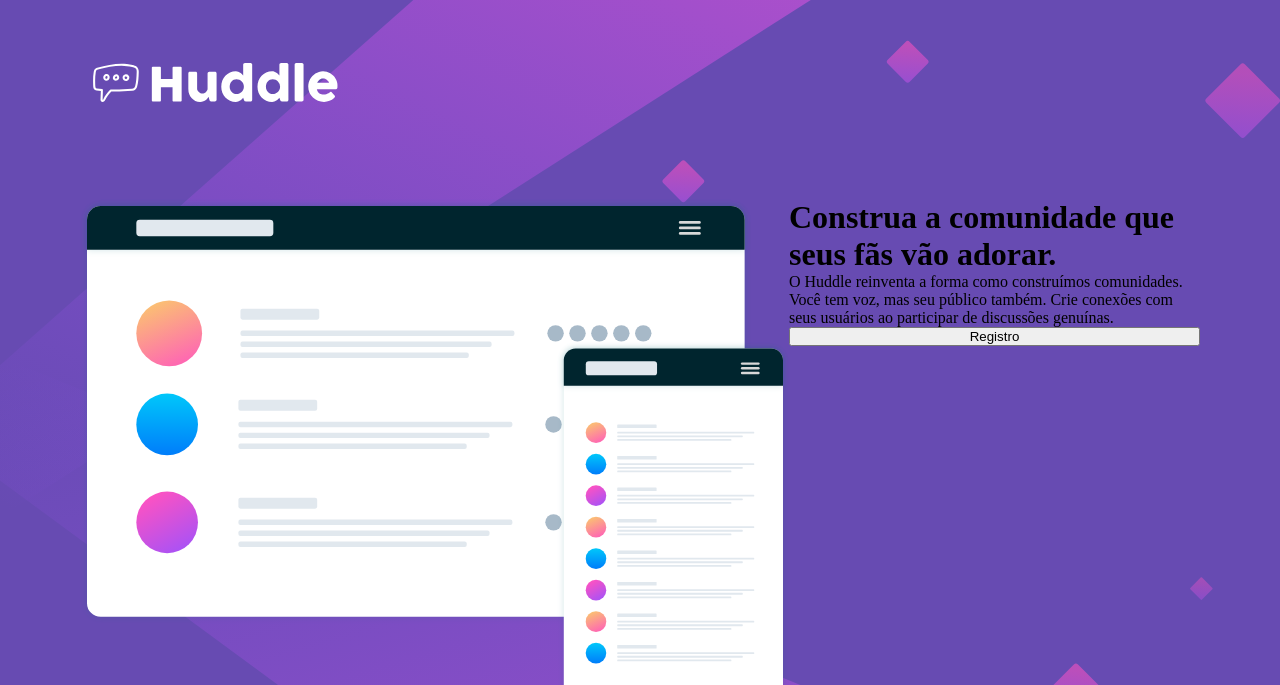
Repository: caique2512/Huddle
Page: index.html
An editor plug-in stored every save of this project. The page is shown before and after the next save, followed by the edit.
The browser window is 1280 px wide. The pictures show the part of the page from y = 0 to 685 px (the page is 1363 px tall).
A picture or video elsewhere on the page could not be fetched, so the positions and the page height are approximate.

Above is the page before, as saved 2026-02-27 17:55:04.

### index.html
<!DOCTYPE html>
<html lang="pt-br">
<head>
    <meta charset="UTF-8">
    <meta name="viewport" content="width=device-width, initial-scale=1.0">
    <title>Huddle</title>
    <link rel="stylesheet" href="src/reset.css">
    <link rel="stylesheet" href="src/estilos.css">
</head>
<body>
    <header>
        <img class="logo" src="images/logo.svg" alt="Logo Huddle">
    </header>
    <main class="conteudo">
        <img src="./images/illustration-mockups.svg" alt="Illustracion">
        <div class="conteudo-principal">
            <h1 class="titulo">Construa a comunidade que seus fãs vão adorar.</h1>
            <p class="subtitulo">O Huddle reinventa a forma como construímos comunidades. Você tem voz, mas seu público também. Crie conexões com seus usuários ao participar de discussões genuínas.</p>
            <button>Registro</button>
        </div>
    </main>
    <footer>
        <div class="rodape">
            <img src="./images/facebook_126724.png" alt="Facebbok">
            <img src="./images/whatsapp_4423488.png" alt="Whatzaap">
            <img src="./images/social_16101584.png" alt="Instagram">
        </div>
    </footer>
</body>
</html>

### src/estilos.css
body {
    background: url(../images/bg-desktop.svg) no-repeat;
    background-size: contain;
    background-color: #674BB2;
    padding: 50px 80px;
}

.logo{
    margin-bottom: 80px;
}

.conteudo {
    display: flex;
}

.conteudo .conteudo-principal{
    width: 40%;
    margin: 0 auto;
    display: flex;
    flex-direction: column;
    justify-content: baseline;
}

Loaded but not shown: src/reset.css (common file)

After the next save:
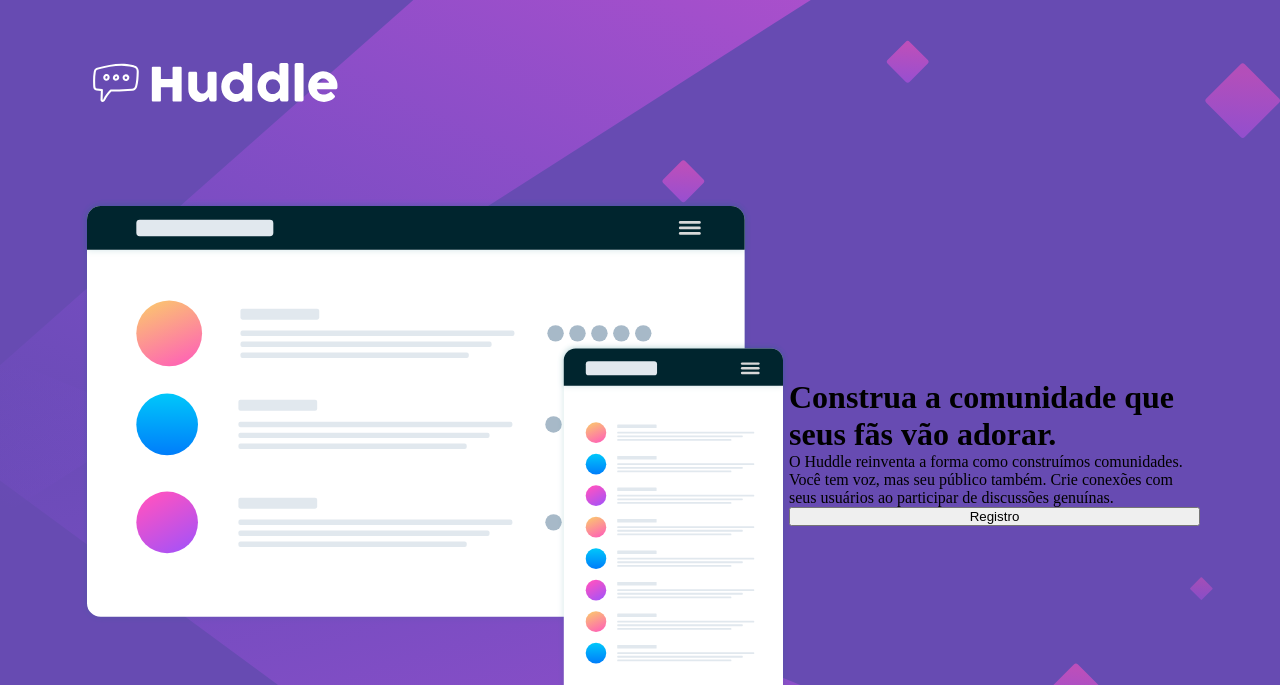
Saved 4 s later.
--- a/src/estilos.css
+++ b/src/estilos.css
@@ -18,5 +18,5 @@
     margin: 0 auto;
     display: flex;
     flex-direction: column;
-    justify-content: baseline;
+    justify-content: center;
 }
